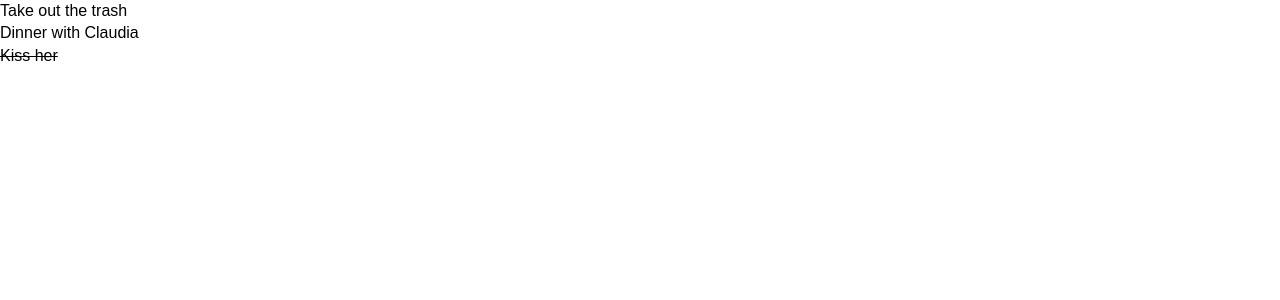
Repository: konstantin0s/todo-react
Page: /
An editor plug-in stored every save of this project. The page is shown before and after the next save, followed by the edit.
The browser window is 1280 px wide. The pictures show the whole page.
The project was rebuilt for these pictures with package versions that can differ from the ones it lists, and the page was loaded fresh each time.

Above is the page before, as saved 2019-03-09 15:37:36.

### public/index.html
<!DOCTYPE html>
<html lang="en">
  <head>
    <meta charset="utf-8" />
    <link rel="shortcut icon" href="%PUBLIC_URL%/favicon.ico" />
    <meta
      name="viewport"
      content="width=device-width, initial-scale=1, shrink-to-fit=no"
    />
    <meta name="theme-color" content="#000000" />

    <link rel="manifest" href="%PUBLIC_URL%/manifest.json" />

    <title>ToDoList</title>
  </head>
  <body>
    <noscript>You need to enable JavaScript to run this app.</noscript>
    <div id="root"></div>

  </body>
</html>

### src/App.js
import React, { Component } from 'react';
import Todos from './components/Todos';
import './App.css';

class App extends Component {
  state = {
    todos: [
      {
        id: 1,
        title: 'Take out the trash',
        completed: false
      },
      {
        id: 2,
        title: 'Dinner with Claudia',
        completed: false
      },
      {
        id: 3,
        title: 'Kiss her',
        completed: true
      }
    ]
  }
  render() {
    console.log(this.state.todos);
    return (
      <div className="App">
        <Todos todos={this.state.todos} />
      </div>
    );
  }
}

export default App;

### src/components/Todos.js
import React, { Component } from 'react';
import TodoItem from './TodoItem';
import PropTypes from 'prop-types';


class Todos extends Component {
  render() {
    return this.props.todos.map((todo) => (
      <TodoItem key={todo.id} todo={todo} />
    ));
  }
}
//Proptypes
Todos.propTypes = {
  todos: PropTypes.array.isRequired
}

export default Todos;

### src/components/TodoItem.js
import React, { Component } from 'react';
import PropTypes from 'prop-types';

class TodoItem extends Component {

  getStyle = () => {
   if (this.props.todo.completed) {
     return {
       textDecoration: 'line-through'
     }
   } else {
     return {
       textDecoration: 'none'
     }
   }
  }

  render() {
    return (
   <div style={this.getStyle()}>
     <p>{this.props.todo.title}</p>
   </div>
    )
  }
}

TodoItem.propTypes = {
  todo: PropTypes.object.isRequired
}

// const itemStyle = {
//   backgroundColor: '#f4f4f4'
// }

export default TodoItem;

Loaded but not shown: src/index.js (common file); src/App.css (common file)

After the next save:
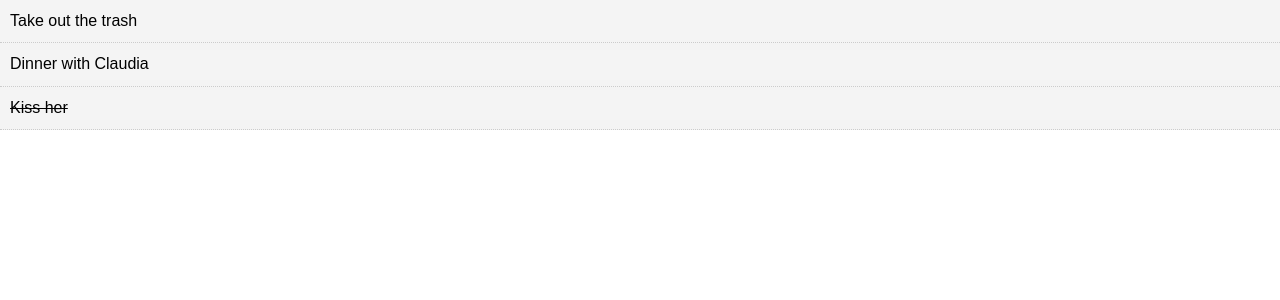
Saved 92 s later.
--- a/src/components/TodoItem.js
+++ b/src/components/TodoItem.js
@@ -4,15 +4,13 @@ import PropTypes from 'prop-types';
 class TodoItem extends Component {
 
   getStyle = () => {
-   if (this.props.todo.completed) {
-     return {
-       textDecoration: 'line-through'
-     }
-   } else {
-     return {
-       textDecoration: 'none'
-     }
-   }
+    return  {
+      background: '#f4f4f4',
+      padding: '10px',
+      borderBottom: '1px #ccc dotted',
+      textDecoration: this.props.todo.completed ?
+      'line-through' : 'none'
+    }
   }
 
   render() {
